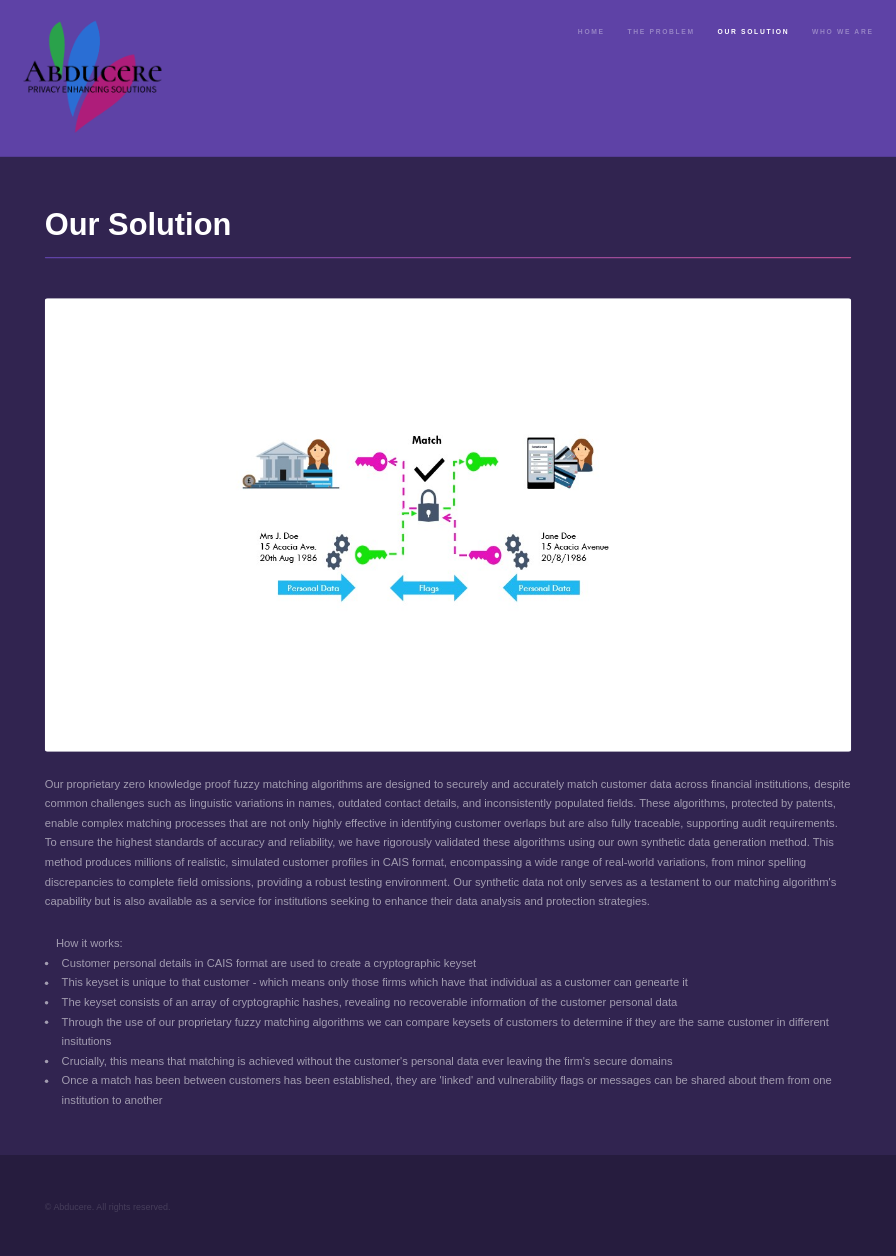
Repository: nocnoc94/nocnoc94.github.io
Page: our-solution.html
These files come from the project's save history. The page is drawn as it stood at one moment and after a run of saves; the edit follows.
The browser window is 1280 px wide. The pictures show the whole page, at 70% of full size.

Above is the page before, as saved 2024-03-21 16:17:31.

### our-solution.html
<!DOCTYPE HTML>
<html>

<head>
	<title>Abducere - Our Solution</title>
	<meta charset="utf-8" />
	<meta name="viewport" content="width=device-width, initial-scale=1, user-scalable=no" />
	<link rel="icon" href="/static/images/favicon.ico" type="image/x-icon">
	<link rel="stylesheet" href="/static/css/main.css" />
	<noscript>
		<link rel="stylesheet" href="/static/css/noscript.css" />
	</noscript>
</head>

<body class="is-preload">

	<!-- Header -->
	<header id="header">
		<!-- <a href="index.html" class="title">Abducere</a> -->
		<a id="headerLogo" class="image" href="index.html"><img src="/static/images/abducere-logo-1.png" alt=""
				data-position="left left" /></a>
		<nav>
			<ul>
				<li><a href="index.html">Home</a></li>
				<li><a href="the-problem.html" >The Problem</a></li>
				<li><a href="our-solution.html" class="active">Our Solution</a></li>
				<li><a href="who-we-are.html">Who We Are</a></li>
			</ul>
		</nav>
	</header>

	<!-- Wrapper -->
	<div id="wrapper">

		<!-- Main -->
		<section id="main" class="wrapper">
			<div class="inner">
				<h1 class="major">Our Solution</h1>
				<!-- <span class="image fit"><img src="/static/images/Match.drawio.png" alt="" /></span> -->
				<span class="image fit"><img src="/static/images/Slide1.jpg" alt="" /></span>
				<p>
				</p>
				<p>Our proprietary zero knowledge proof fuzzy matching algorithms are designed to securely and
					accurately match customer data across financial institutions, despite
					common challenges such as linguistic variations in names, outdated contact details, and
					inconsistently populated fields. These algorithms, protected by patents, enable complex matching
					processes that are not only highly effective in identifying customer overlaps but are also fully
					traceable, supporting audit requirements. To ensure the highest standards of accuracy and
					reliability, we have rigorously validated these algorithms using our own synthetic data generation
					method. This method produces millions of realistic, simulated customer profiles in CAIS format,
					encompassing a wide range of real-world variations, from minor spelling discrepancies to complete
					field omissions, providing a robust testing environment. Our synthetic data not only serves as a
					testament to our matching algorithm's capability but is also available as a service for institutions
					seeking to enhance their data analysis and protection strategies.
				</p>
				<ul> How it works:
					<li>Customer personal details in CAIS format are used to create a cryptographic keyset</li>
					<li>This keyset is unique to that customer - which means only those firms which have that individual
						as a customer can genearte it</li>
					<li>The keyset consists of an array of cryptographic hashes, revealing no recoverable information of
						the customer personal data</li>
					<li>Through the use of our proprietary fuzzy matching algorithms we can compare keysets of customers
						to determine if they are the same customer in different insitutions</li>
					<li>Crucially, this means that matching is achieved without the customer's personal data ever
						leaving the firm's secure domains</li>
					<li>Once a match has been between customers has been established, they are 'linked' and
						vulnerability flags or messages can be shared about them from one institution to another</li>
				</ul>
			</div>
		</section>

	</div>

	<!-- Footer -->
	<footer id="footer" class="wrapper alt">
		<div class="inner">
			<ul class="menu">
				<li>&copy; Abducere. All rights reserved.</li>
			</ul>
		</div>
	</footer>

	<!-- Scripts -->
	<script src="/static/js/jquery.min.js"></script>
	<script src="/static/js/jquery.scrollex.min.js"></script>
	<script src="/static/js/jquery.scrolly.min.js"></script>
	<script src="/static/js/browser.min.js"></script>
	<script src="/static/js/breakpoints.min.js"></script>
	<script src="/static/js/util.js"></script>
	<script src="/static/js/main.js"></script>

</body>

</html>

Loaded but not shown: static/js/jquery.min.js (library); static/js/jquery.scrollex.min.js (common file); static/js/jquery.scrolly.min.js (common file); static/js/browser.min.js (common file); static/js/breakpoints.min.js (common file); static/css/fontawesome-all.min.css (library); static/js/util.js (587 lines, source omitted); static/js/main.js (190 lines, source omitted); static/css/main.css (4012 lines, source omitted)

After the next 2 saves:
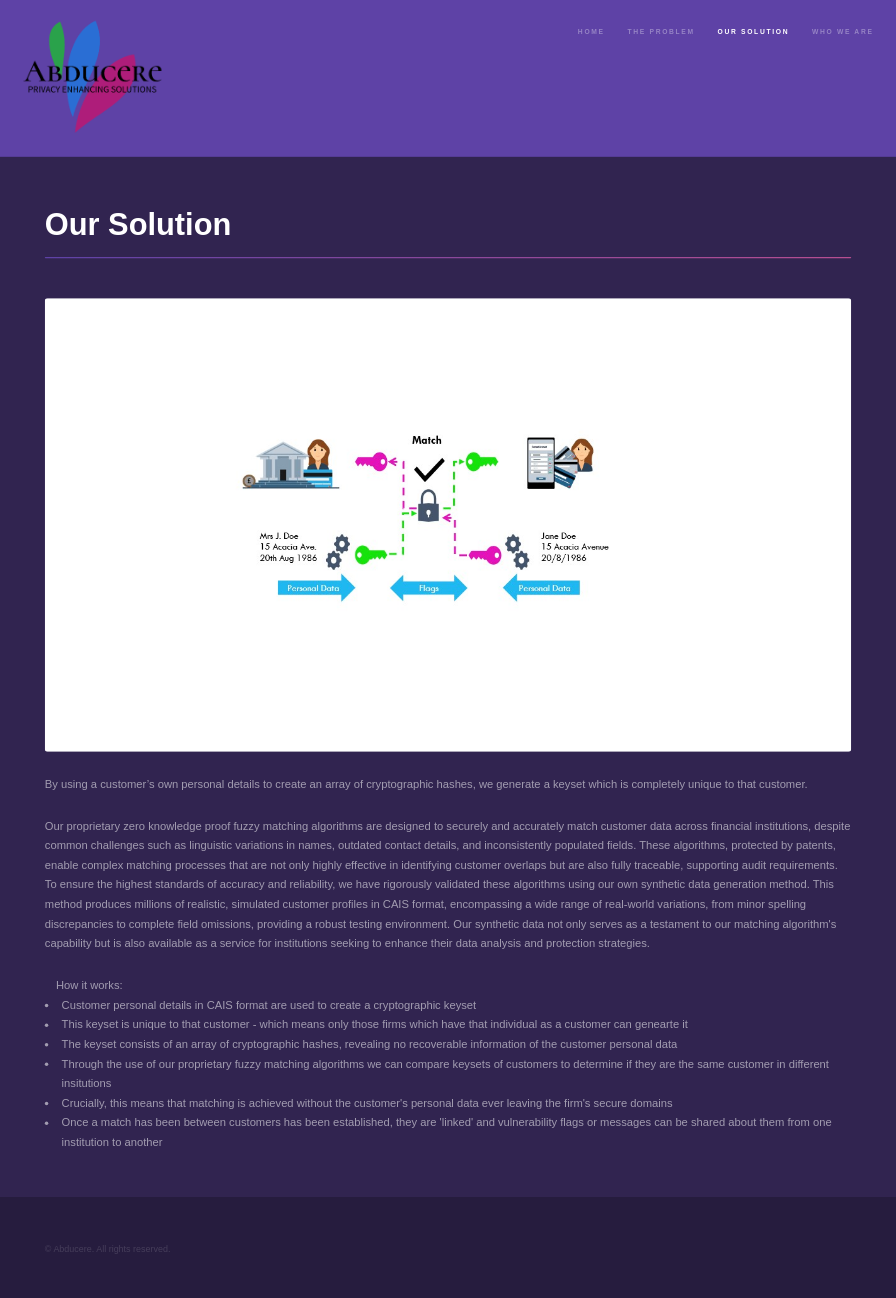
The 2 saves are shown as one change because they came seconds apart.
The last was saved 7 s later.
--- a/our-solution.html
+++ b/our-solution.html
@@ -22,7 +22,7 @@
 		<nav>
 			<ul>
 				<li><a href="index.html">Home</a></li>
-				<li><a href="the-problem.html" >The Problem</a></li>
+				<li><a href="the-problem.html">The Problem</a></li>
 				<li><a href="our-solution.html" class="active">Our Solution</a></li>
 				<li><a href="who-we-are.html">Who We Are</a></li>
 			</ul>
@@ -38,7 +38,8 @@
 				<h1 class="major">Our Solution</h1>
 				<!-- <span class="image fit"><img src="/static/images/Match.drawio.png" alt="" /></span> -->
 				<span class="image fit"><img src="/static/images/Slide1.jpg" alt="" /></span>
-				<p>
+				<p>By using a customer’s own personal details to create an array of cryptographic hashes, we generate a
+					keyset which is completely unique to that customer.
 				</p>
 				<p>Our proprietary zero knowledge proof fuzzy matching algorithms are designed to securely and
 					accurately match customer data across financial institutions, despite
